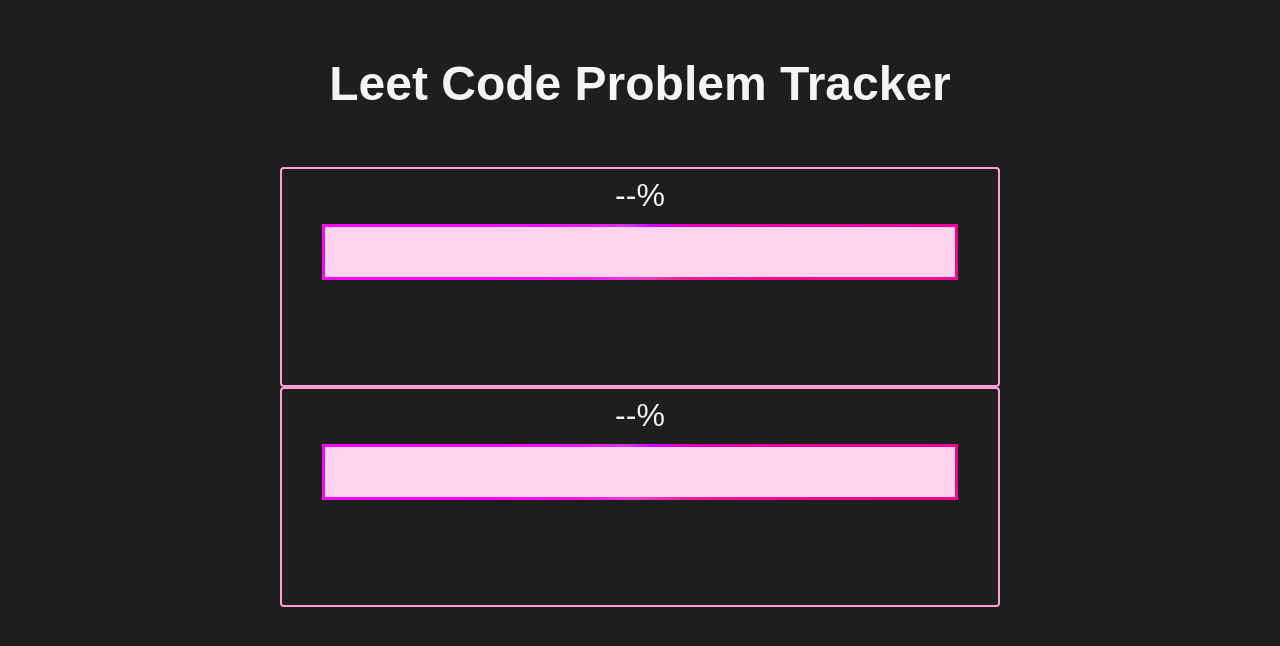
Repository: bbrockbrown/leet-code-tracker
Page: index.html
An editor plug-in stored every save of this project. The page is shown before and after the next save, followed by the edit.
The browser window is 1280 px wide. The pictures show the whole page.

Above is the page before, as saved 2024-07-28 17:11:21.

After the next save:
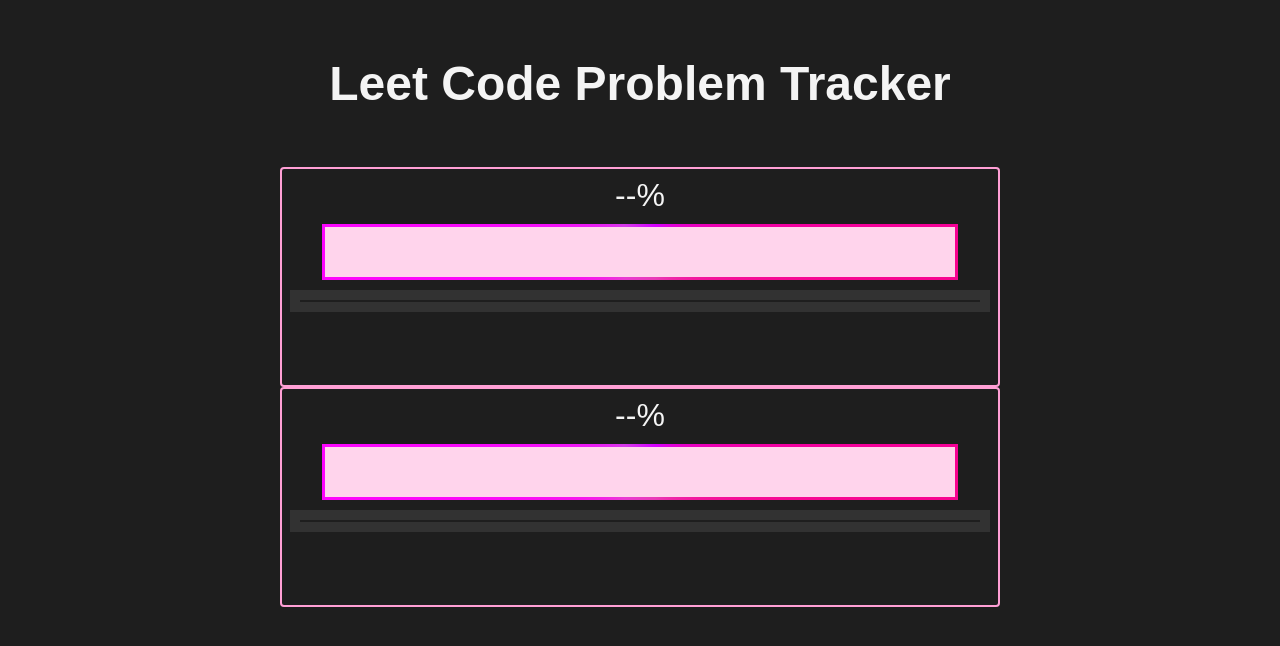
Saved 78 s later.
--- a/styles.css
+++ b/styles.css
@@ -81,3 +81,14 @@ body {
 	border-image: conic-gradient(from var(--angle), var(--very-pink), var(--pink), var(--pinkish-purple), var(--magenta), var(--purple), var(--very-purple), var(--very-pink)) 1;
 	animation: 4s rotate linear infinite;
 }
+
+table {
+    width: 100%;
+    margin: 0 auto;
+    display: table;
+    border-collapse: collapse;
+    transition: box-shadow 0.3s ease-in-out;
+    border: 10px solid #323232;
+    border-radius: 10px;
+    box-shadow: #1e1e1e;
+}
